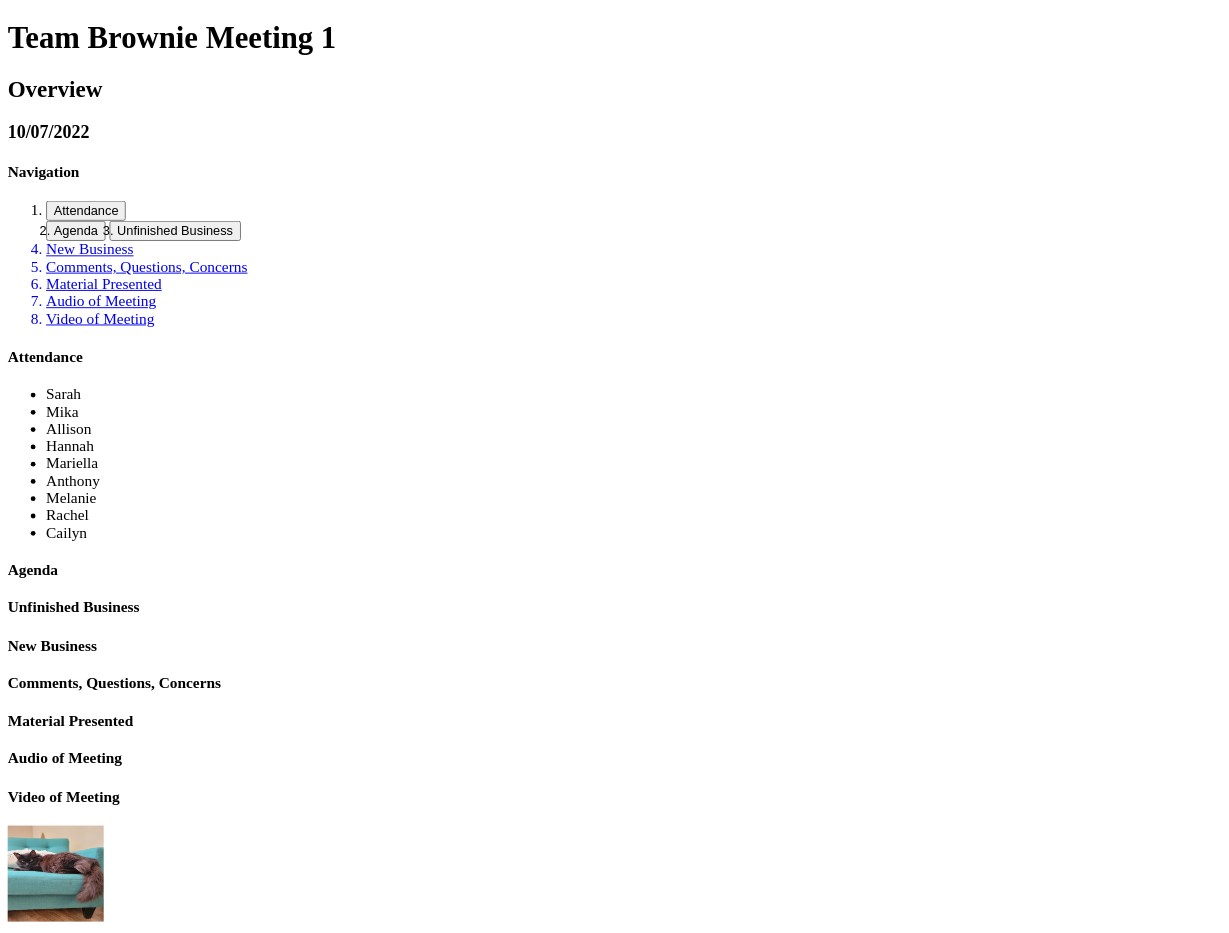
Repository: sarahtthomson/fa22-cse110-lab3
Page: index.html
The author's editor kept a copy of each file at every save. The page is drawn from the files as they stood at one save, then again after the next save.
The browser window is 1280 px wide. The pictures show the whole page, at 96% of full size.

Above is the page before, as saved 2022-10-07 16:26:09.

After the next save:
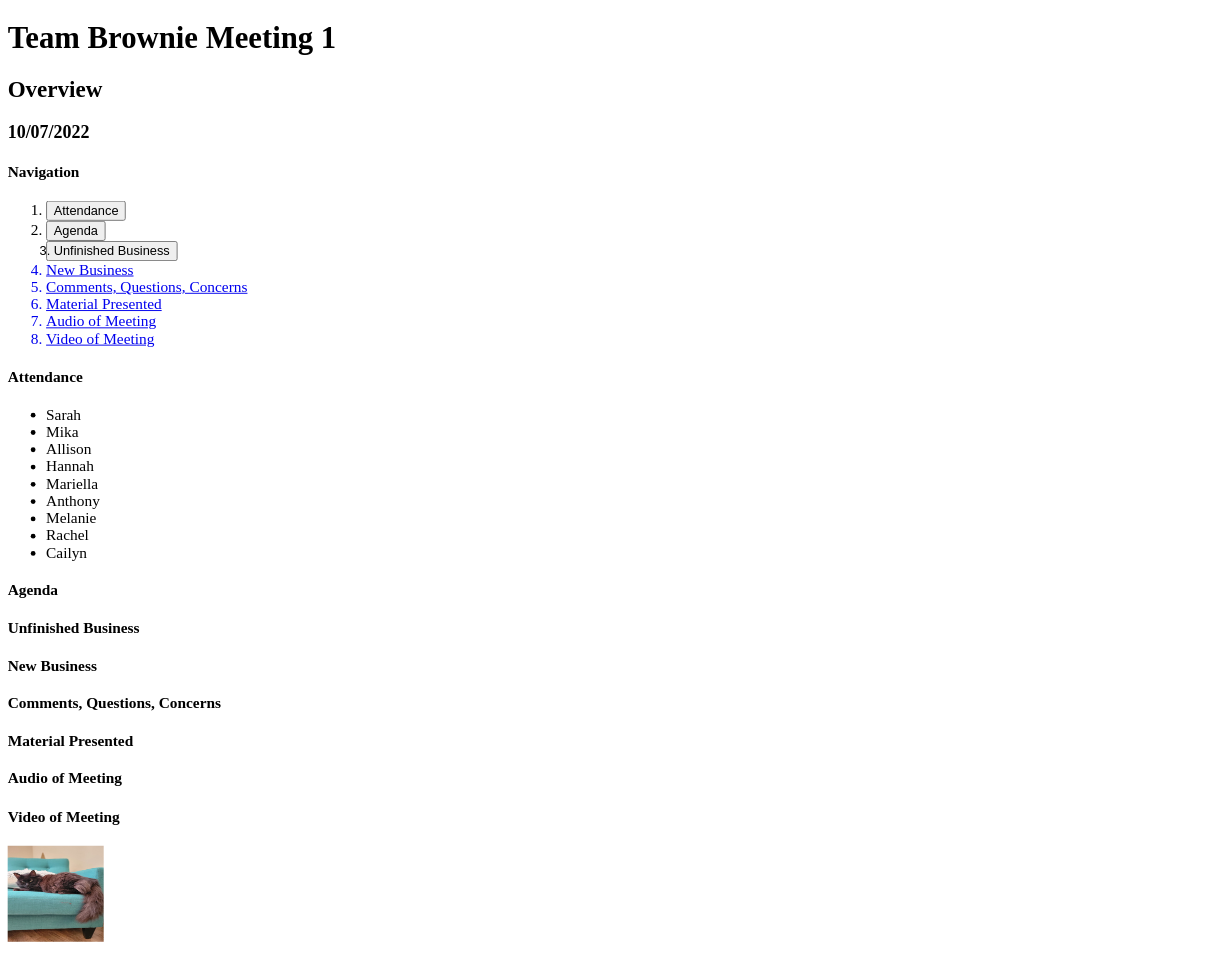
Saved 28 s later.
--- a/index.html
+++ b/index.html
@@ -16,7 +16,7 @@
                 <h4>Navigation</h4>
                 <ol>
                     <li><a href="#Attendance" ><button type="button">Attendance</button></a></li>
-                    <a href="#Agenda"><button type="button"><li>Agenda</li></button></a>
+                    <li><a href="#Agenda"><button type="button">Agenda</button></a></li>
                     <a href="#Unfinished Business"><button type="button"><li>Unfinished Business</li></button></a>
                     <a href="#New Business" class="btn"><li>New Business</li></a>
                     <a href="#Comments" class="btn"><li>Comments, Questions, Concerns</li></a>
